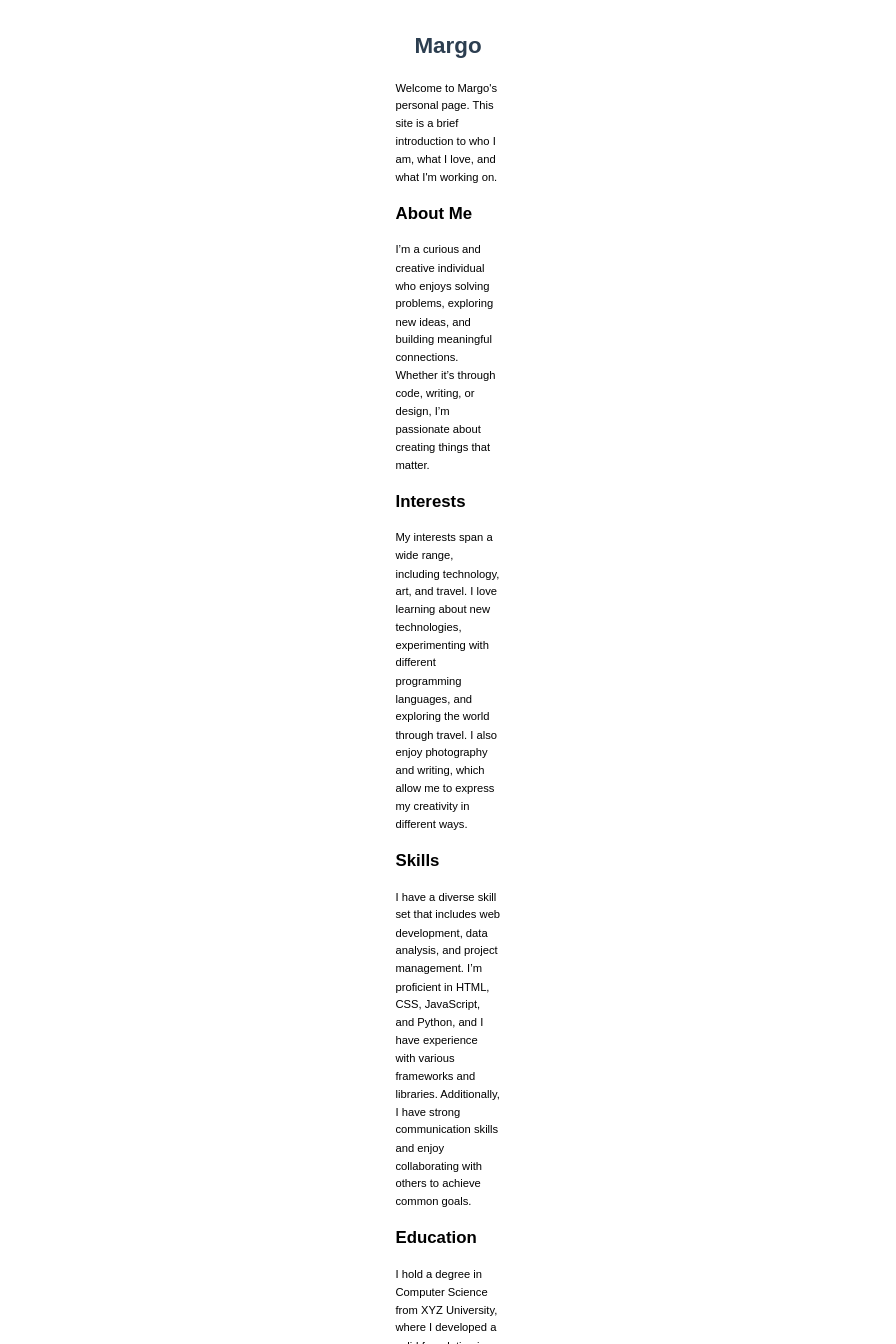
Repository: margo-m-chen/group_project
Page: my_file.html
These files come from the project's save history. The page is drawn as it stood at one moment and after the next save; the edit follows.
The browser window is 1280 px wide. The pictures show the part of the page from y = 0 to 1920 px (the page is 3386 px tall before and 1058 px after), at 70% of full size.

Above is the page before, as saved 2025-07-18 13:55:21.

After the next save:
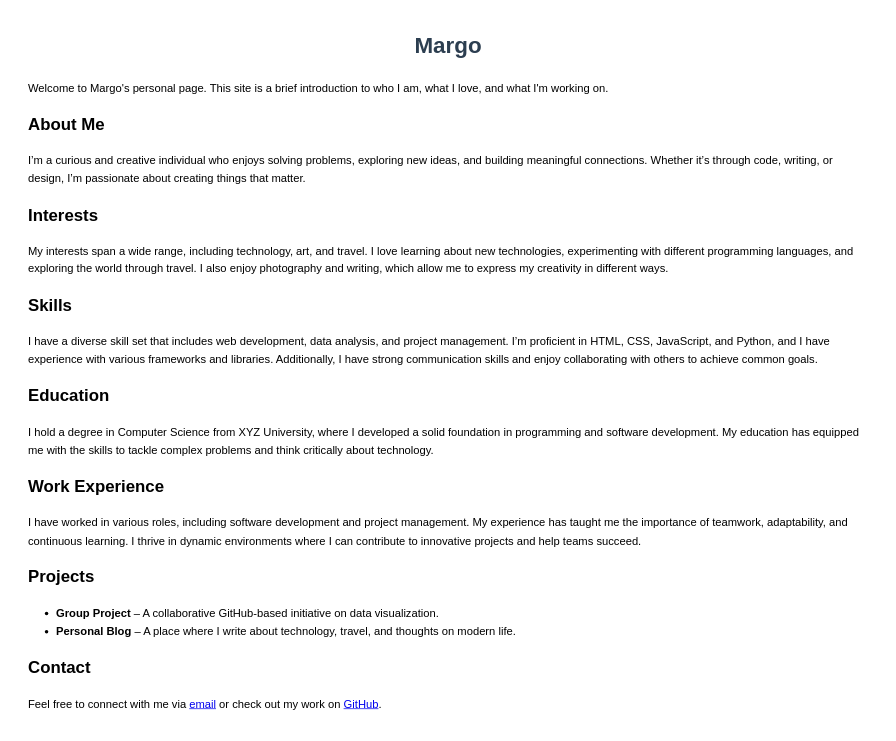
Saved 26 s later.
--- a/my_file.html
+++ b/my_file.html
@@ -21,69 +21,59 @@
 <body>
     <h1 style="text-align: center;">Margo</h1>
 
-    <photo src="https://avatars.githubusercontent.com/u/12345678?v=4" alt="Margo's Avatar"
-        style="display: block; margin: 0 auto; width: 150px; height: 150px; border-radius: 50%;">
+    <p>
+        Welcome to Margo's personal page. This site is a brief introduction to who I am, what I love, and what I'm
+        working on.
+    </p>
+    <h2>About Me</h2>
+    <p>
+        I’m a curious and creative individual who enjoys solving problems, exploring new ideas, and building meaningful
+        connections.
+        Whether it’s through code, writing, or design, I’m passionate about creating things that matter.
+    </p>
+    <h2>Interests</h2>
+    <p>
+        My interests span a wide range, including technology, art, and travel. I love learning about new technologies,
+        experimenting with different programming languages, and exploring the world through travel.
+        I also enjoy photography and writing, which allow me to express my creativity in different ways.
+    </p>
+    <h2>Skills</h2>
+    <p>
+        I have a diverse skill set that includes web development, data analysis, and project management. I’m proficient
+        in
+        HTML, CSS, JavaScript, and Python, and I have experience with various frameworks and libraries.
+        Additionally, I have strong communication skills and enjoy collaborating with others to achieve common goals.
 
-        <p>
-            Welcome to Margo's personal page. This site is a brief introduction to who I am, what I love, and what I'm
-            working on.
-        </p>
-        <h2>About Me</h2>
-        <p>
-            I’m a curious and creative individual who enjoys solving problems, exploring new ideas, and building
-            meaningful
-            connections.
-            Whether it’s through code, writing, or design, I’m passionate about creating things that matter.
-        </p>
-        <h2>Interests</h2>
-        <p>
-            My interests span a wide range, including technology, art, and travel. I love learning about new
-            technologies,
-            experimenting with different programming languages, and exploring the world through travel.
-            I also enjoy photography and writing, which allow me to express my creativity in different ways.
-        </p>
-        <h2>Skills</h2>
-        <p>
-            I have a diverse skill set that includes web development, data analysis, and project management. I’m
-            proficient
-            in
-            HTML, CSS, JavaScript, and Python, and I have experience with various frameworks and libraries.
-            Additionally, I have strong communication skills and enjoy collaborating with others to achieve common
-            goals.
+    </p>
 
-        </p>
+    <h2>Education</h2>
 
-        <h2>Education</h2>
-
-        <p>
-            I hold a degree in Computer Science from XYZ University, where I developed a solid foundation in programming
-            and
-            software development.
-            My education has equipped me with the skills to tackle complex problems and think critically about
-            technology.
-        </p>
+    <p>
+        I hold a degree in Computer Science from XYZ University, where I developed a solid foundation in programming and
+        software development.
+        My education has equipped me with the skills to tackle complex problems and think critically about technology.
+    </p>
 
 
-        <h2>Work Experience</h2>
-        <p>
-            I have worked in various roles, including software development and project management. My experience has
-            taught
-            me the importance of teamwork, adaptability, and continuous learning.
-            I thrive in dynamic environments where I can contribute to innovative projects and help teams succeed.
-        </p>
+    <h2>Work Experience</h2>
+    <p>
+        I have worked in various roles, including software development and project management. My experience has taught
+        me the importance of teamwork, adaptability, and continuous learning.
+        I thrive in dynamic environments where I can contribute to innovative projects and help teams succeed.
+    </p>
 
 
-        <h2>Projects</h2>
-        <ul>
-            <li><strong>Group Project</strong> – A collaborative GitHub-based initiative on data visualization.</li>
-            <li><strong>Personal Blog</strong> – A place where I write about technology, travel, and thoughts on modern
-                life.</li>
-        </ul>
-        <h2>Contact</h2>
-        <p>
-            Feel free to connect with me via <a href="mailto:margo.m.chen@hsbc.com.cn">email</a> or check out my work on
-            <a href="https://github.com/margo-m-chen" target="_blank">GitHub</a>.
-        </p>
+    <h2>Projects</h2>
+    <ul>
+        <li><strong>Group Project</strong> – A collaborative GitHub-based initiative on data visualization.</li>
+        <li><strong>Personal Blog</strong> – A place where I write about technology, travel, and thoughts on modern
+            life.</li>
+    </ul>
+    <h2>Contact</h2>
+    <p>
+        Feel free to connect with me via <a href="mailto:margo.m.chen@hsbc.com.cn">email</a> or check out my work on <a
+            href="https://github.com/margo-m-chen" target="_blank">GitHub</a>.
+    </p>
 </body>
 
 </html>
